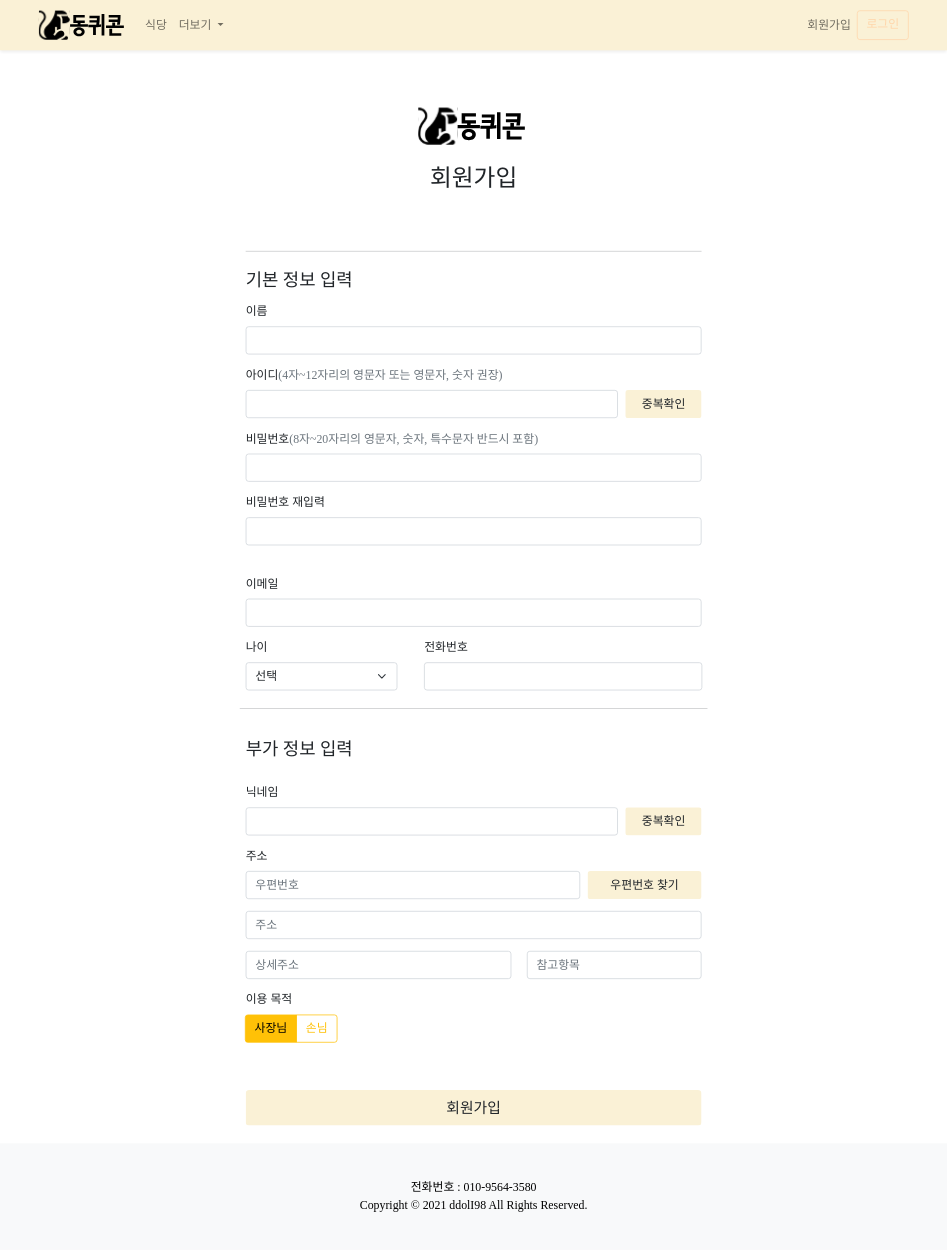
Repository: eogus0512/Quiz_WebProject
Page: http://localhost/Quiz_WebProject/signUp.jsp
These files come from the project's save history. The page is drawn as it stood at one moment and after the next save; the edit follows.
The browser window is 1280 px wide. The pictures show the whole page, at 74% of full size.
Some web fonts or font styles are not loaded; a fallback is used. The page is served by Tomcat 9. Other server files are loaded and not shown.

Above is the page before, as saved 2021-10-27 12:45:28.

### Quiz_WebProject/WebContent/signUp.jsp
<%@ page language="java" contentType="text/html;charset=UTF-8" pageEncoding="UTF-8" %>
<!DOCTYPE html>
<html>
<head>
    <meta http-equiv="Content-Type" content="text/html"; charset="UTF-8">
    <meta name="viewport" content="width=device-width, initial-scale=1, shrink-to-fit=no">
    <title>맛동국</title>
    <link rel="stylesheet" href="./css/bootstrap.min.css">
    <link rel="stylesheet" href="./css/custom.css">
    <link rel="icon" href="./image/favicon.png">
    <script type="text/javascript">
        function openCheckID(){
            window.name = "parentForm";
            window.open("checkID.jsp",
                "chkForm", "width=500, height=300, resizable = no, scrollbars = no");
        }
        function openCheckNickName(){
            window.name = "parentForm";
            window.open("checkNickName.jsp",
                "chkForm", "width=500, height=300, resizable = no, scrollbars = no");
        }
        function checkPassword(){

            var password = document.getElementById('password').value;
            var NB = ["0", "1", "2", "3", "4", "5", "6", "7", "8", "9"]
            var SC = ["!","@","#","$","%"];
            var check_SC = 0, check_NB = 0;

            if(password.length < 8 || password.length>20){
                window.alert('비밀번호는 8글자 이상, 20글자 이하만 이용 가능합니다.');
                document.getElementById('pw').value='';
            }
            for(var i=0;i<SC.length;i++){
                if(password.indexOf(SC[i]) != -1){
                    check_SC = 1;
                }
            }
            for(var i=0;i<NB.length;i++){
                if(password.indexOf(NB[i]) != -1){
                    check_NB = 1;
                }
            }
            if(check_SC == 0){
                window.alert('!,@,#,$,% 의 특수문자가 반드시 포함되어야 합니다.')
                document.getElementById('password').value='';
            }
            if(check_NB == 0){
                window.alert('숫자가 반드시 포함되어야 합니다.')
                document.getElementById('password').value='';
            }
            if(document.getElementById('password').value !='' && document.getElementById('passwordVerify').value!=''){
                if(document.getElementById('password').value==document.getElementById('passwordVerify').value){
                    document.getElementById('check').innerHTML='비밀번호가 일치합니다.'
                    document.getElementById('check').style.color='blue';
                }
                else{
                    document.getElementById('check').innerHTML='비밀번호가 일치하지 않습니다.';
                    document.getElementById('check').style.color='red';
                }
            }
        }
        function checkValue() {
            if(document.userInfo.password.value != document.userInfo.passwordVerify.value) {
                alert("비밀번호가 일치하지 않습니다.");
                return false;
            }
            else return true;
        }
    </script>
</head>
<body>
<nav class="navbar navbar-expand-lg navbar-light fixed-top shadow-sm" style="background-color: #FAF1D6;">
    <div class="container-xxl d-flex align-items-md-center" style="width:1200px">
        <a class="navbar-brand" href="index.jsp"><img src="./image/mainIcon.svg" class="rounded float-start" width="120"></a>
        <button class="navbar-toggler" type="button" data-bs-toggle="collapse" data-bs-target="#navbarSupportedContent" aria-controls="navbarSupportedContent" aria-expanded="false" aria-label="Toggle navigation">
            <span class="navbar-toggler-icon"></span>
        </button>
        <div class="collapse navbar-collapse" id="navbarSupportedContent">
            <ul class="navbar-nav me-auto mb-2 mb-lg-0">
                <li class="nav-item active">
                    <a class="nav-link" href="index.jsp">식당</a>
                </li>
                <li class="nav-item dropdown">
                    <a class="nav-link dropdown-toggle" href="#" id="navbarDropdown" role="button" data-bs-toggle="dropdown" aria-expanded="false">
                        더보기
                    </a>
                    <ul class="dropdown-menu" aria-labelledby="navbarDropdown" style="background-color: #FAF1D6;">
                        <li><a class="dropdown-item" href="storeInfo.jsp">공지사항</a></li>
                        <li><a class="dropdown-item" href="#">이벤트</a></li>
                        <li><hr class="dropdown-divider"></li>
                        <li><a class="dropdown-item" href="#">신고하기</a></li>
                    </ul>
                </li>
            </ul>
            <%
                String loginID = null;
                String userName = null;
                if(session.getAttribute("loginID") != null) {
                    loginID = (String) session.getAttribute("loginID");
                    userName = (String) session.getAttribute("userName");
                }
                if(loginID == null) {
            %>
            <ul class="navbar-nav d-flex">
                <a class="nav-link" aria-current="page" href="signUp.jsp">회원가입</a>
                <a class="btn btn-outline-warning" href="login.jsp" style="border-color: #FFD6AA; color: #FFD6AA">로그인</a>
            </ul>
            <%
            } else {
            %>
            <ul class="navbar-nav d-flex">
                <li class="nav-item dropdown">
                    <a class="nav-link dropdown-toggle" href="#" id="navbarDropdown" role="button" data-bs-toggle="dropdown" aria-expanded="false">
                        <%=userName %> 님
                    </a>
                    <ul class="dropdown-menu" aria-labelledby="navbarDropdown" style="background-color: #FAF1D6;">
                        <li><a class="dropdown-item" href="myPage.jsp">마이페이지</a></li>
                        <li><a class="dropdown-item" href="#">1:1 문의</a></li>
                        <li><hr class="dropdown-divider"></li>
                        <li><a class="dropdown-item" href="logout.jsp">로그아웃</a></li>
                    </ul>
                </li>
            </ul>
            <%
                }
            %>
        </div>
    </div>
</nav>
<br><br><br><br>
<div class="py-5 text-center">
    <img class="d-block mx-auto mb-4" src="./image/mainIcon.svg" alt="" width="150px">
    <h2>회원가입</h2>
</div>
<div class="container col-md-8 col-lg-6">
    <hr class="my-4">
    <h4 class="mb-3">기본 정보 입력</h4>
    <form method="post" action="action/signUpAction.jsp" name="userInfo" onsubmit="return checkValue()">
        <div class="row g-3">
            <div class="col-12">
                <label for="userName" class="form-label">이름</label>
                <input type="text" class="form-control" name="userName" id="userName" placeholder="" value="" required>
            </div>
            <div class="col-12">
                <label for="loginID" class="form-label">아이디<span class="text-muted">(4자~12자리의 영문자 또는 영문자, 숫자 권장)</span></label>
                <div class="col-12 d-flex">
                    <input type="id" class="form-control" name="loginID" id="loginID" placeholder="" style="margin-right: 10px" required>
                    <input type="button" class="col-2 btn" onclick="openCheckID()" style="background-color: #FAF1D6;" value="중복확인">
                </div>
            </div>
            <div class="col-12">
                <label for="password" class="form-label">비밀번호<span class="text-muted">(8자~20자리의 영문자, 숫자, 특수문자 반드시 포함)</span></label>
                <input type="password" class="form-control" name="password" id="password" placeholder="" onchange="checkPassword()" required>
            </div>
            <div class="col-12">
                <label for="passwordVerify" class="form-label">비밀번호 재입력</label>
                <input type="password" class="form-control" name="passwordVerify" id="passwordVerify" placeholder="" onchange="checkPassword()" required>
                &nbsp;<span id="check"></span>
            </div>
            <div class="col-12">
                <label for="mailAddress" class="form-label">이메일</label>
                <input type="email" class="form-control" name="mailAddress" id="mailAddress" placeholder="" required>
            </div>
            <div class="col-12 d-flex">
                <div class="col-4">
                    <label for="userAge" class="form-label">나이</label>
                    <select class="form-select" name="userAge" id="userAge" required>
                        <option>선택</option>
                        <option>14</option>
                        <option>15</option>
                        <option>16</option>
                        <option>17</option>
                        <option>18</option>
                        <option>19</option>
                        <option>20</option>
                        <option>21</option>
                        <option>22</option>
                        <option>23</option>
                        <option>24</option>
                        <option>25</option>
                        <option>26</option>
                        <option>27</option>
                        <option>28</option>
                        <option>29</option>
                        <option>30</option>
                    </select>
                </div>
                <div class="col-7">
                    <label for="phoneNumber" class="form-label"style="margin-left:10%;">전화번호</label>
                    <input type="number" class="form-control" name="phoneNumber" id="phoneNumber" placeholder="" style="margin-left:10%; width:104.5%" required>
                </div>
            </div>
            <hr class="my-4">
            <h4 class="mb-3">부가 정보 입력</h4>
            <div class="col-12">
                <label for="nickName" class="form-label">닉네임</label>
                <div class="col-12 d-flex">
                    <input type="text" class="form-control" name="nickName" id="nickName" placeholder="" style="margin-right: 10px" required>
                    <button class="col-2 btn" style="background-color: #FAF1D6;" onclick="openCheckNickName()">중복확인</button>
                </div>
            </div>
            <div class="col-12">
                <label for="postCode" class="form-label">주소</label>
                <div class="col-12 d-flex">
                    <input type="text" class="form-control" name="postCode" id="postCode" placeholder="우편번호" style="margin-right: 10px" required>
                    <button class="col-3 btn" onclick="findPostalCode()" style="background-color: #FAF1D6;">우편번호 찾기</button>
                </div>
            </div>
            <div class="col-12">
                <input type="text" class="form-control" name="address" id="address" placeholder="주소" required>
            </div>
            <div class="col-12 d-flex">
                <div class="col-7">
                    <input type="text" class="form-control" name="detailAddress" id="detailAddress" placeholder="상세주소" required>
                </div>
                <div class="col-4">
                    <input type="text" class="form-control" name="extraAddress" id="extraAddress" placeholder="참고항목" style="margin-left:10%; width:115%">
                </div>
            </div>
            <div id="wrap" style="display:none;border:5px solid #FAF1D6;width:500px;height:300px;position:relative;overflow-y:hidden">
                <button type="button" class="btn-close" id="btnFoldWrap" aria-label="Close" style="cursor:pointer;position:absolute;right:0px;top:-1px;z-index:1" onclick="foldPostcode()"></button>
            </div>
            <script src="//t1.daumcdn.net/mapjsapi/bundle/postcode/prod/postcode.v2.js"></script>
            <script>
                var element_wrap = document.getElementById('wrap');

                function foldPostcode() {
                    element_wrap.style.display = 'none';
                }

                function findPostalCode() {
                    var currentScroll = Math.max(document.body.scrollTop, document.documentElement.scrollTop);
                    new daum.Postcode({
                        oncomplete: function(data) {
                            var addr = '';
                            var extraAddr = '';

                            if (data.userSelectedType === 'R') {
                                addr = data.roadAddress;
                            } else {
                                addr = data.jibunAddress;
                            }

                            if(data.userSelectedType === 'R'){
                                if(data.bname !== '' && /[동|로|가]$/g.test(data.bname)){
                                    extraAddr += data.bname;
                                }
                                if(data.buildingName !== '' && data.apartment === 'Y'){
                                    extraAddr += (extraAddr !== '' ? ', ' + data.buildingName : data.buildingName);
                                }
                                if(extraAddr !== ''){
                                    extraAddr = ' (' + extraAddr + ')';
                                }
                                document.getElementById("extraAddress").value = extraAddr;

                            } else {
                                document.getElementById("extraAddress").value = '';
                            }

                            document.getElementById('postCode').value = data.zonecode;
                            document.getElementById("address").value = addr;
                            document.getElementById("detailAddress").focus();

                            element_wrap.style.display = 'none';
                            document.body.scrollTop = currentScroll;
                        },
                        onresize : function(size) {
                            element_wrap.style.height = size.height+'px';
                        },
                        width : '100%',
                        height : '110%'
                    }).embed(element_wrap);
                    element_wrap.style.display = 'block';
                }
            </script>

            <div class="my-3">
                <label for="purpose" class="form-label">이용 목적</label><br>
                <div class="btn-group" id="purpose" role="group" aria-label="Basic radio toggle button group">
                    <input type="radio" class="btn-check" name="purpose" id="president" autocomplete="off" checked required>
                    <label class="btn btn-outline-warning" for="president">사장님</label>

                    <input type="radio" class="btn-check" name="purpose" id="guest" autocomplete="off"required>
                    <label class="btn btn-outline-warning" for="guest">손님</label>
                </div>
            </div>
        </div><br><br>
        <button class="w-100 btn btn-lg btn" type="submit" style="background-color: #FAF1D6;">회원가입</button>
    </form>
</div>


<footer class="bg-light mt-4 p-5 text-center" style="color: #000000;">
    전화번호 : 010-9564-3580<br>
    Copyright &copy; 2021 ddolI98 All Rights Reserved.
</footer>
<script src="./js/jquery.min.js"></script>
<script src="./js/popper.js"></script>
<script src="./js/bootstrap.min.js"></script>
</body>
</html>

### Quiz_WebProject/WebContent/css/custom.css
@import url(https://fonts.googleapis.com/earlyaccess/nanumgothic.css);
.navbar-brand, h1, h2, h3, h4 {
    font-family: 'Nanum Gothic';
}
h5 {
    font-family: 'Nanum Gothic';
    font-size: 18px;
}
body {
    font-family: 'Nanum Gothic';
}

### Quiz_WebProject/WebContent/img/mainIcon.svg
<svg width="566" height="200" viewBox="0 0 566 200" fill="none" xmlns="http://www.w3.org/2000/svg" xmlns:xlink="http://www.w3.org/1999/xlink">
<path d="M295.023 86.0469H267.883V94.625H315.273V110.656H201.508V94.625H249.742V86.0469H222.039V34.1562H294.883V50.3281H240.18V69.875H295.023V86.0469ZM276.18 142.719C276.18 139.062 274.492 136.016 271.117 133.578C267.742 131.141 263.57 129.922 258.602 129.922C253.539 129.922 249.32 131.141 245.945 133.578C242.664 136.016 241.023 139.062 241.023 142.719C241.023 146.375 242.664 149.422 245.945 151.859C249.32 154.297 253.539 155.516 258.602 155.516C263.57 155.516 267.742 154.297 271.117 151.859C274.492 149.422 276.18 146.375 276.18 142.719ZM294.32 142.719C294.32 146.656 293.43 150.406 291.648 153.969C289.867 157.625 287.336 160.812 284.055 163.531C280.773 166.062 276.93 168.031 272.523 169.438C268.117 170.938 263.477 171.688 258.602 171.688C253.633 171.688 248.945 170.938 244.539 169.438C240.133 168.031 236.289 166.062 233.008 163.531C229.82 160.812 227.336 157.625 225.555 153.969C223.773 150.406 222.883 146.656 222.883 142.719C222.883 138.781 223.773 135.031 225.555 131.469C227.336 127.906 229.82 124.812 233.008 122.188C236.289 119.562 240.133 117.547 244.539 116.141C248.945 114.641 253.633 113.891 258.602 113.891C263.477 113.891 268.117 114.641 272.523 116.141C276.93 117.547 280.773 119.562 284.055 122.188C287.336 124.812 289.867 127.906 291.648 131.469C293.43 135.031 294.32 138.781 294.32 142.719ZM324.977 68.3281H371.945C372.227 64.0156 372.367 59.9844 372.367 56.2344H324.977V40.0625H390.508C390.508 54.4062 390.086 66.5 389.242 76.3438C388.68 83.375 387.742 90.0781 386.43 96.4531C390.555 95.9844 394.773 95.375 399.086 94.625V110.094C390.555 111.594 382.352 112.484 374.477 112.766C371.57 112.859 368.758 112.953 366.039 113.047V163.812H347.898V113.188H317.664V97.7188H353.805C357.273 97.7188 362.008 97.6719 368.008 97.5781C368.852 92.9844 369.602 88.3438 370.258 83.6562H324.977V68.3281ZM402.32 165.922V28.9531H420.039V165.922H402.32ZM447.742 64.25H504.555C505.023 56.375 505.258 51.8281 505.258 50.6094H447.742V34.4375H523.398C523.398 44.8438 522.977 55.6719 522.133 66.9219C521.289 78.1719 520.117 88.1562 518.617 96.875H500.617C501.648 91.1562 502.492 85.4844 503.148 79.8594H447.742V64.25ZM430.586 101.797H470.383V83.6562H488.664V101.797H544.352V117.688H430.586V101.797ZM527.758 168.312H451.539V123.453H469.68V152.281H527.758V168.312Z" fill="black"/>
<rect width="200" height="200" fill="url(#pattern0)"/>
<defs>
<pattern id="pattern0" patternContentUnits="objectBoundingBox" width="1" height="1">
<use xlink:href="#image0_306:2" transform="scale(0.00195312)"/>
</pattern>
<image id="image0_306:2" width="512" height="512" xlink:href="data:[embedded picture, 21418 characters]"/>
</defs>
</svg>

Loaded but not shown: Quiz_WebProject/WebContent/css/bootstrap.min.css (library); Quiz_WebProject/WebContent/js/jquery.min.js (library); Quiz_WebProject/WebContent/js/popper.js (library); Quiz_WebProject/WebContent/js/bootstrap.min.js (library)

After the next save:
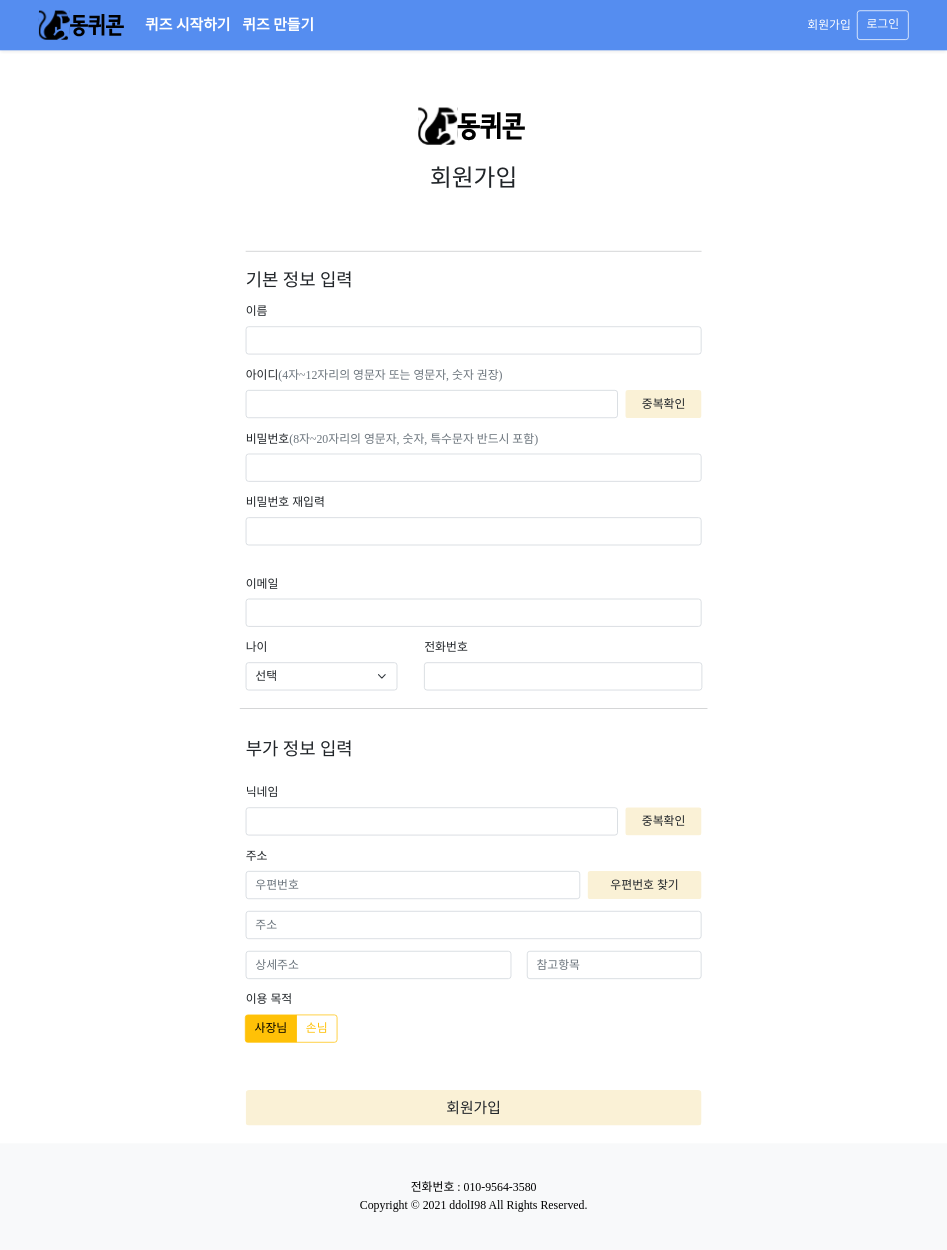
Saved 39 s later.
--- a/Quiz_WebProject/WebContent/signUp.jsp
+++ b/Quiz_WebProject/WebContent/signUp.jsp
@@ -69,27 +69,19 @@
     </script>
 </head>
 <body>
-<nav class="navbar navbar-expand-lg navbar-light fixed-top shadow-sm" style="background-color: #FAF1D6;">
+<nav class="navbar navbar-expand-lg navbar-light fixed-top shadow-sm" style="background-color: #558DF0;">
     <div class="container-xxl d-flex align-items-md-center" style="width:1200px">
-        <a class="navbar-brand" href="index.jsp"><img src="./image/mainIcon.svg" class="rounded float-start" width="120"></a>
+        <a class="navbar-brand" href="index.jsp"><img src="./img/mainIcon.svg" class="rounded float-start" width="120"></a>
         <button class="navbar-toggler" type="button" data-bs-toggle="collapse" data-bs-target="#navbarSupportedContent" aria-controls="navbarSupportedContent" aria-expanded="false" aria-label="Toggle navigation">
             <span class="navbar-toggler-icon"></span>
         </button>
         <div class="collapse navbar-collapse" id="navbarSupportedContent">
-            <ul class="navbar-nav me-auto mb-2 mb-lg-0">
-                <li class="nav-item active">
-                    <a class="nav-link" href="index.jsp">식당</a>
+            <ul class="navbar-nav me-auto">
+                <li class="nav-item">
+                    <a class="nav-link" href="#" style="font-size:15pt; color:white;"><b>퀴즈 시작하기</b></a>
                 </li>
-                <li class="nav-item dropdown">
-                    <a class="nav-link dropdown-toggle" href="#" id="navbarDropdown" role="button" data-bs-toggle="dropdown" aria-expanded="false">
-                        더보기
-                    </a>
-                    <ul class="dropdown-menu" aria-labelledby="navbarDropdown" style="background-color: #FAF1D6;">
-                        <li><a class="dropdown-item" href="storeInfo.jsp">공지사항</a></li>
-                        <li><a class="dropdown-item" href="#">이벤트</a></li>
-                        <li><hr class="dropdown-divider"></li>
-                        <li><a class="dropdown-item" href="#">신고하기</a></li>
-                    </ul>
+                <li class="nav-item">
+                    <a class="nav-link" href="#" style="font-size:15pt; color:white;"><b>퀴즈 만들기</b></a>
                 </li>
             </ul>
             <%
@@ -101,9 +93,9 @@
                 }
                 if(loginID == null) {
             %>
-            <ul class="navbar-nav d-flex">
-                <a class="nav-link" aria-current="page" href="signUp.jsp">회원가입</a>
-                <a class="btn btn-outline-warning" href="login.jsp" style="border-color: #FFD6AA; color: #FFD6AA">로그인</a>
+            <ul class="navbar-nav">
+                <a class="nav-link" aria-current="page" href="signUp.jsp" style="color:white">회원가입</a>
+                <a class="btn btn-outline-primary" href="login.jsp" style="border-color: white; color: white">로그인</a>
             </ul>
             <%
             } else {
